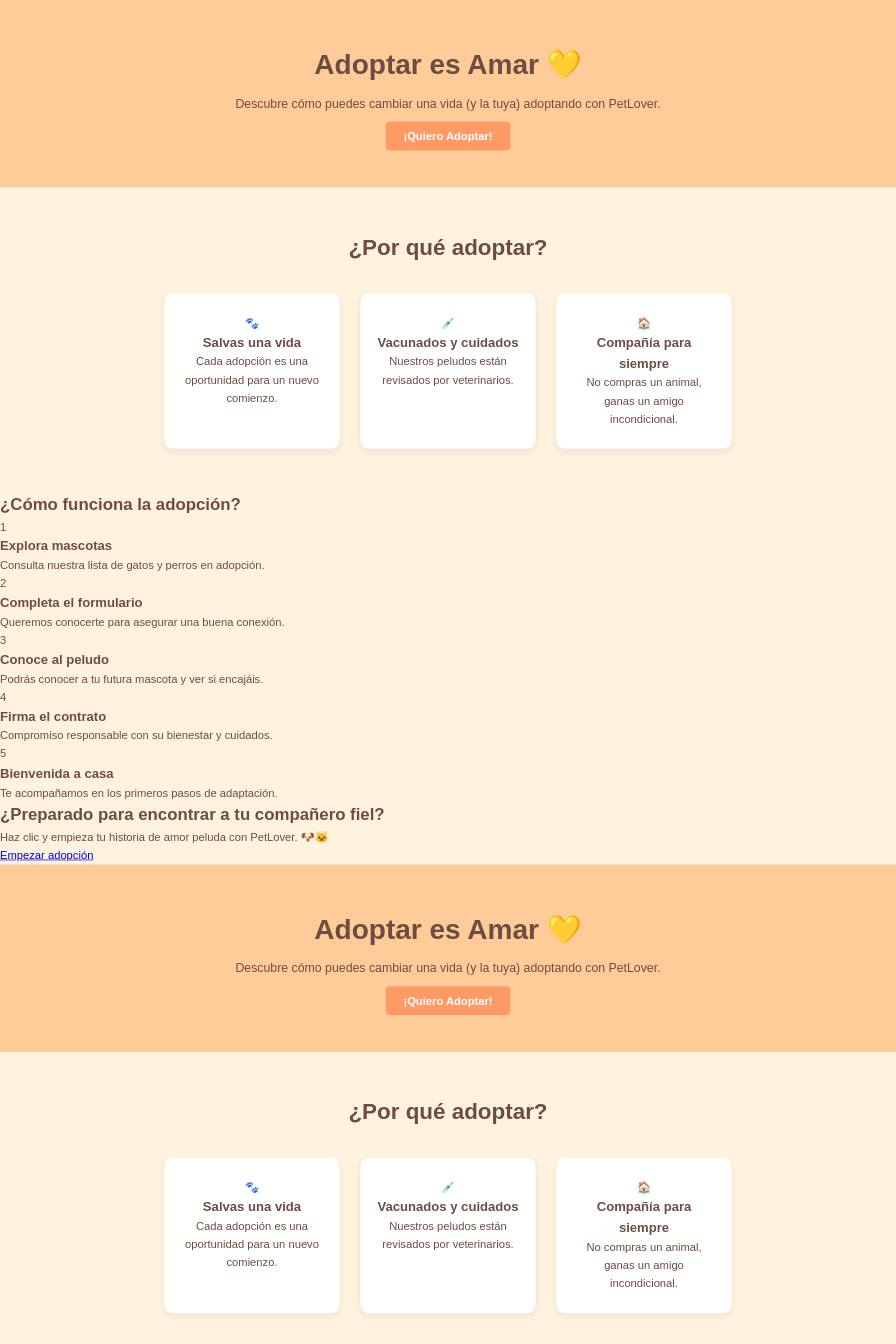
Repository: adriarodrisan/PetLover
Page: Paginas_web/Como_Adoptar.html
An editor plug-in stored every save of this project. The page is shown before and after the next save, followed by the edit.
The browser window is 1280 px wide. The pictures show the part of the page from y = 0 to 1920 px (the page is 3704 px tall before and 3685 px after), at 70% of full size.

Above is the page before, as saved 2025-05-07 14:25:31.

After the next save:
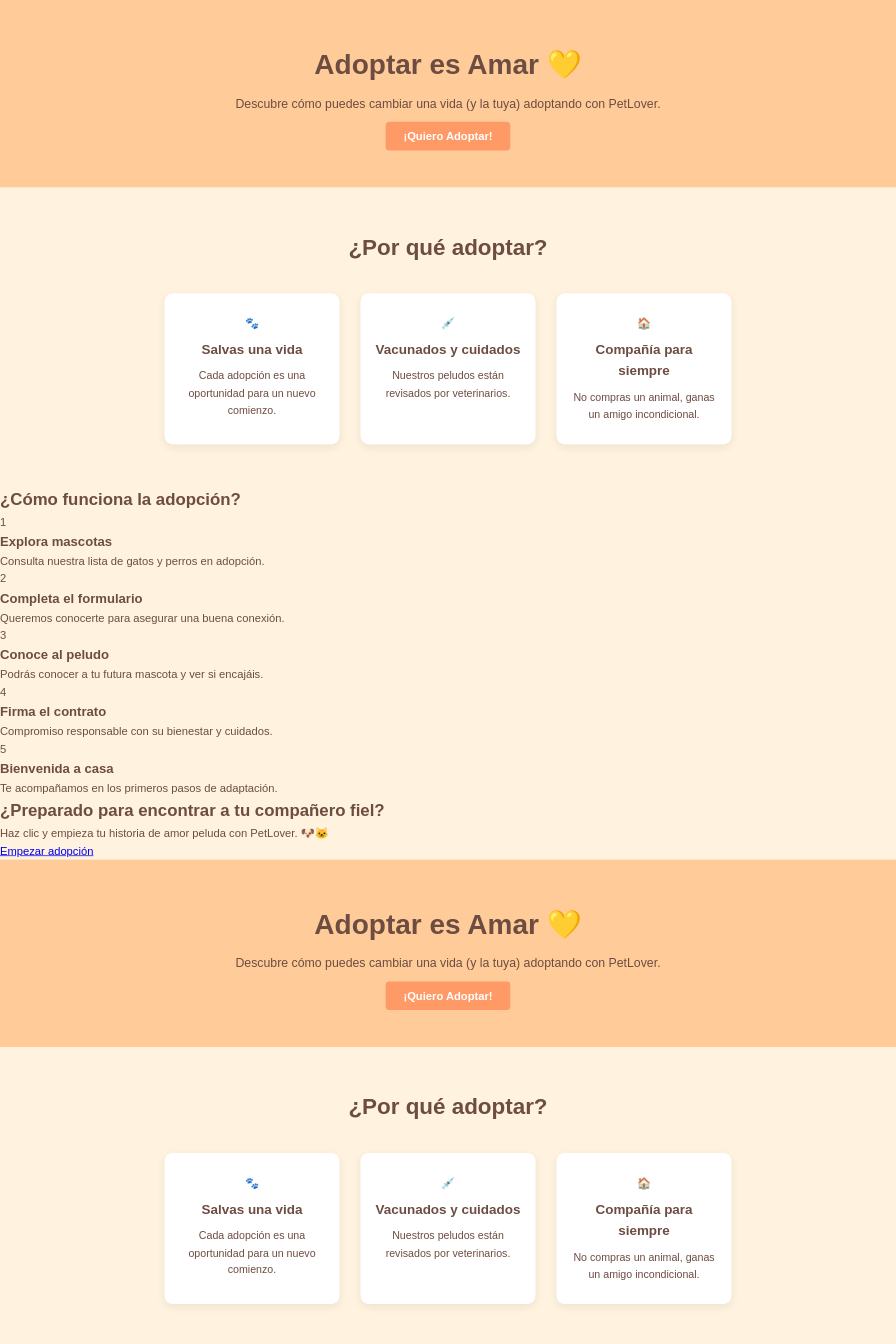
Saved 2 min 46 s later.
--- a/Paginas_web/Css_Paginas/Como_Adoptar.css
+++ b/Paginas_web/Css_Paginas/Como_Adoptar.css
@@ -60,3 +60,16 @@
     width: 250px;
     transition: transform 0.3s;
   }
+  .card-beneficio:hover {
+    transform: translateY(-5px);
+  }
+
+  .card-beneficio h3 {
+    margin-top: 10px;
+    font-size: 1.2rem;
+  }
+
+  .card-beneficio p {
+    font-size: 0.95rem;
+    margin-top: 10px;
+  }
